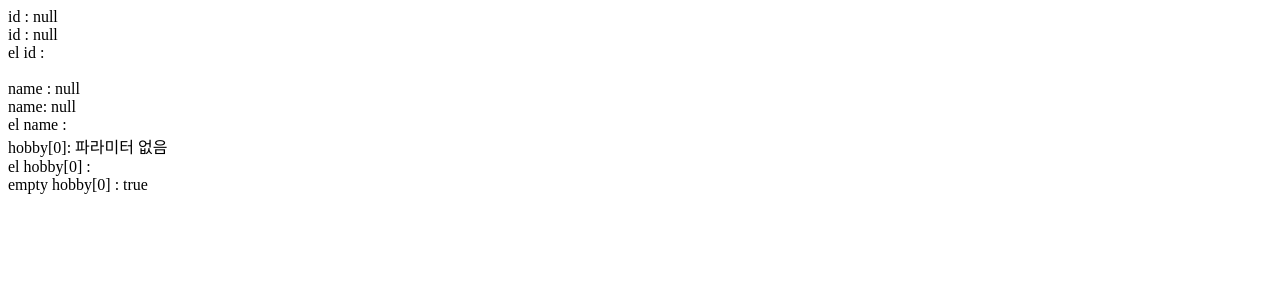
Repository: skim24245/web_workspace_src
Page: http://localhost/Lecture-Web/jsp/el/exam02.jsp
These files come from the project's save history. The page is drawn as it stood at one moment and after the next save; the edit follows.
The browser window is 1280 px wide. The pictures show the whole page.
The page is served by Tomcat 9.

Above is the page before, as saved 2022-06-07 09:59:33.

After the next save:
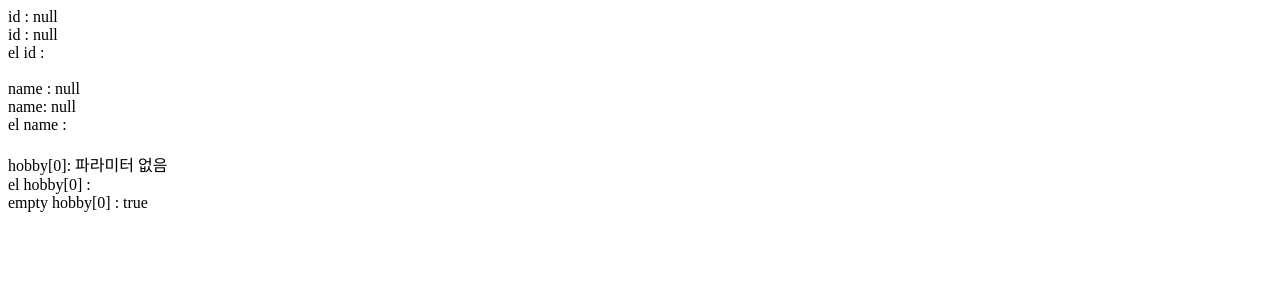
Saved 9 s later.
--- a/Lecture-Web/src/main/webapp/jsp/el/exam02.jsp
+++ b/Lecture-Web/src/main/webapp/jsp/el/exam02.jsp
@@ -31,7 +31,7 @@ if(hobby == null) {
 
  name : <%= name  %> <Br>
  name: <%= request.getParameter("name") %><Br>
- el name : ${param.name }<BR>
+ el name : ${param.name }<BR><Br>
 
 
 
